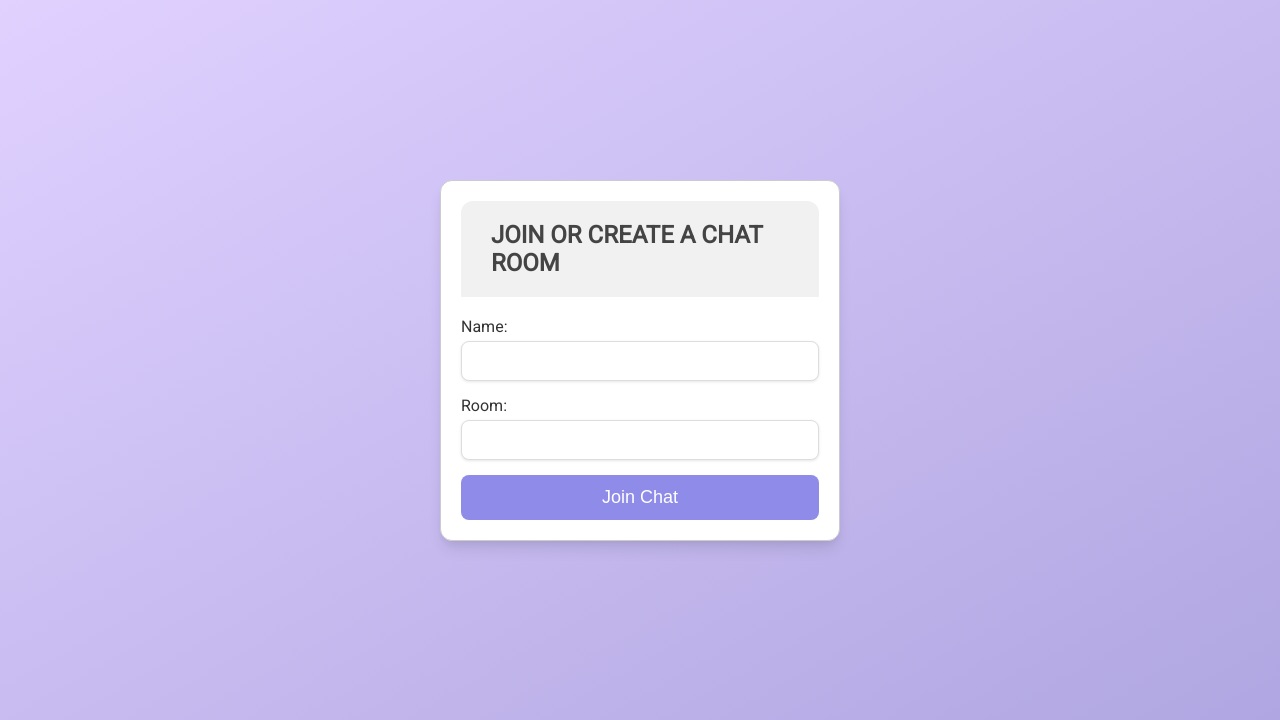
Repository: reminzuetto/ChatRoom
Page: public/join.html
These files come from the project's save history. The page is drawn as it stood at one moment and after the next save; the edit follows.
The browser window is 1280 px wide. The pictures show the whole page.

Above is the page before, as saved 2024-08-21 11:05:53.

### public/join.html
<!DOCTYPE html>
<html lang="en">
  <head>
    <meta charset="UTF-8" />
    <meta name="viewport" content="width=device-width, initial-scale=1.0" />
    <title>Join Chat Room</title>
    <link rel="stylesheet" href="/style.css" />
  </head>
  <body>
    <section class="join__section">
      <div class="brand">
        <h1>Join or Create a Chat Room</h1>
      </div>

      <form id="joinForm">
        <div class="input__group">
          <label for="name">Name:</label>
          <input type="text" id="name" required />
        </div>
        <div class="input__group">
          <label for="room">Room:</label>
          <input type="text" id="room" required />
        </div>
        <button type="submit">Join Chat</button>
      </form>
    </section>

    <script src="/join.js"></script>
  </body>
</html>

### public/style.css
@import url("https://fonts.googleapis.com/css2?family=Roboto&display=swap");
@import url("https://cdn.jsdelivr.net/npm/bootstrap-icons@1.11.3/font/bootstrap-icons.min.css");
* {
  padding: 0;
  margin: 0;
  box-sizing: border-box;
}

body {
  display: flex;
  align-items: center;
  justify-content: center;
  min-height: 100vh;
  /* background: #f8f8f8; */
  font-family: "Roboto", sans-serif;
  background: linear-gradient(to bottom right, #e0d1ff, #b0a6e1);
}
section.chat__section {
  width: 800px;
  max-width: 90%;
  background: #fff;
  border: 1px solid #ccc;
  border-radius: 12px;
  padding: 20px;
  margin: 20px;
  box-shadow: 0 10px 15px -3px rgba(0, 0, 0, 0.1),
    0 4px 6px -2px rgba(0, 0, 0, 0.05);
}
.brand {
  background: #f1f1f1;
  display: flex;
  justify-content: space-between;
}

.brand__left {
  padding: 0 20px;
  background: #f1f1f1;
  display: flex;
  align-items: center;
}

.brand h1 {
  text-transform: uppercase;
  font-size: 20px;
  color: #444;
  margin-left: 10px;
}

/* styles.css */
.brand__right {
  position: relative;
  display: inline-block;
}

.dropdown-button {
  background-color: #f0f0f0;
  padding: 10px 20px;
  border-radius: 5px;
  cursor: pointer;
  border: 1px solid #ccc;
  display: flex;
  align-items: center;
  position: relative;
}

.dropdown-button i {
  margin-left: 8px; /* Khoảng cách giữa văn bản và biểu tượng caret */
}

.dropdown-content {
  display: none; /* Ẩn nội dung dropdown */
  position: absolute;
  background-color: #ffffff;
  min-width: 160px;
  box-shadow: 0px 8px 16px 0px rgba(0, 0, 0, 0.2);
  z-index: 1;
  border-radius: 5px;
  top: 100%;
  left: 0;
}

.dropdown-item {
  padding: 12px 16px;
  cursor: pointer;
}

.dropdown-item:hover {
  background-color: #f1f1f1;
}

.show {
  display: block;
}

.message__area {
  height: 500px;
  padding: 16px;
  display: flex;
  flex-direction: column;
  overflow-y: auto;
  padding-top: 40px;
}

.message {
  padding: 20px;
  border-radius: 8px;
  margin-bottom: 40px;
  max-width: 300px;
  position: relative;
  overflow-wrap: break-word; /* Cho phép chia từ */
  word-wrap: break-word; /* Cho phép chia từ */
  word-break: break-word; /* Cho phép chia từ */
  /* white-space: pre-wrap; Đảm bảo không bị cắt dòng */
}
.incoming {
  background: #8f8be8;
  color: #fff;
}
.outgoing {
  background: #dedee4;
  color: #787986;
  margin-left: auto;
}

.message h4 {
  position: absolute;
  top: -20px;
  left: 0;
  color: #333;
  font-size: 14px;
}

#send-icon {
  display: inline-block;
  margin-left: 10px; /* Khoảng cách giữa textarea và biểu tượng gửi */
}

#send-icon img {
  width: 24px; /* Kích thước của biểu tượng gửi */
  height: 24px;
  cursor: pointer; /* Biểu tượng chuột khi di chuyển qua biểu tượng */
}

.textarea {
  position: relative;
  display: flex;
  align-items: center;
}

.textarea textarea {
  border: none;
  padding: 20px;
  font-size: 16px;
  outline: none;
  background: #fbfbfb;
  flex: 1; /* Take up remaining space */
  padding: 10px;
  font-size: 16px;
  /* border: 1px solid #ccc; */
  border-radius: 5px;
  resize: none;
  width: 100%;
  height: 80px; /* Chiều cao ban đầu */
  max-height: 120px; /* Chiều cao tối đa */
  overflow-y: auto; /* Ẩn thanh trượt dọc */
  scroll-behavior: smooth;
  scroll-snap-type: none;
  background: rgba(190, 185, 185, 0.4);
  box-shadow: 0 10px 15px -3px rgba(0, 0, 0, 0.1),
    0 4px 6px -2px rgba(0, 0, 0, 0.05);
}

.textarea i {
  font-size: 24px;
  margin-left: 10px; /* Adjust as needed */
  color: #666; /* Optional color for the icon */
  cursor: pointer; /* Optional cursor style */
}

.textarea i:hover {
  color: #333; /* Optional color for the icon */
}

@import url("https://fonts.googleapis.com/css2?family=Roboto&display=swap");
@import url("https://cdn.jsdelivr.net/npm/bootstrap-icons@1.11.3/font/bootstrap-icons.min.css");

* {
  padding: 0;
  margin: 0;
  box-sizing: border-box;
}

body {
  display: flex;
  align-items: center;
  justify-content: center;
  min-height: 100vh;
  font-family: "Roboto", sans-serif;
  background: linear-gradient(to bottom right, #e0d1ff, #b0a6e1);
}

section.join__section {
  width: 400px; /* Giảm kích thước của form */
  max-width: 90%;
  background: #fff;
  border: 1px solid #ccc;
  border-radius: 12px;
  padding: 20px;
  box-shadow: 0 10px 15px -3px rgba(0, 0, 0, 0.1),
    0 4px 6px -2px rgba(0, 0, 0, 0.05);
}

.brand {
  padding: 20px;
  background: #f1f1f1;
  display: flex;
  align-items: center;
  border-radius: 12px 12px 0 0; /* Bo góc trên của section */
  margin-bottom: 20px;
}

.brand h1 {
  text-transform: uppercase;
  font-size: 24px; /* Tăng kích thước chữ tiêu đề */
  color: #444;
}

.input__group {
  margin-bottom: 15px;
}

.input__group label {
  display: block;
  font-size: 16px;
  color: #333;
  margin-bottom: 5px;
}

.input__group input {
  width: 100%;
  padding: 10px;
  font-size: 16px;
  border: 1px solid #ddd;
  border-radius: 8px; /* Bo góc của trường nhập liệu */
  box-shadow: 0 1px 3px rgba(0, 0, 0, 0.1);
}

button {
  width: 100%;
  padding: 12px; /* Tăng padding để nút lớn hơn và dễ nhấn hơn */
  font-size: 18px; /* Tăng kích thước chữ để dễ đọc hơn */
  background-color: #8f8be8; /* Màu nền chính của nút */
  color: #fff; /* Màu chữ của nút */
  border: none;
  border-radius: 8px; /* Bo góc của nút bấm */
  cursor: pointer;
  transition: background-color 0.3s, transform 0.2s; /* Thay đổi màu nền và hiệu ứng nhấn */
}

button:hover {
  background-color: #7e7adf; /* Màu nền khi di chuột qua */
  transform: scale(1.05); /* Phóng to nút một chút khi hover */
}

button:focus {
  outline: none;
  box-shadow: 0 0 0 2px rgba(0, 0, 0, 0.2); /* Hiệu ứng viền khi nút được chọn */
}

button:active {
  transform: scale(0.98); /* Thu nhỏ nút khi nhấn */
}

.username-display {
  left: 20px; /* Đẩy phần tử cách bên trái 20px */
  top: 50%;
  display: flex;
  align-items: center;
  font-size: 18px;
  color: #333;
  background-color: rgba(255, 255, 255, 0.8);
  padding: 5px 10px;
  border-radius: 5px;
  box-shadow: 0 2px 5px rgba(0, 0, 0, 0.2);
}

### public/join.js
document.getElementById("joinForm").addEventListener("submit", function (e) {
  e.preventDefault();

  const name = document.getElementById("name").value;
  const room = document.getElementById("room").value;

  // Lưu thông tin vào localStorage để sử dụng ở trang chat chính
  localStorage.setItem("name", name);
  localStorage.setItem("room", room);

  // Chuyển hướng đến trang chat chính
  window.location.href = "/index.html";
});

After the next save:
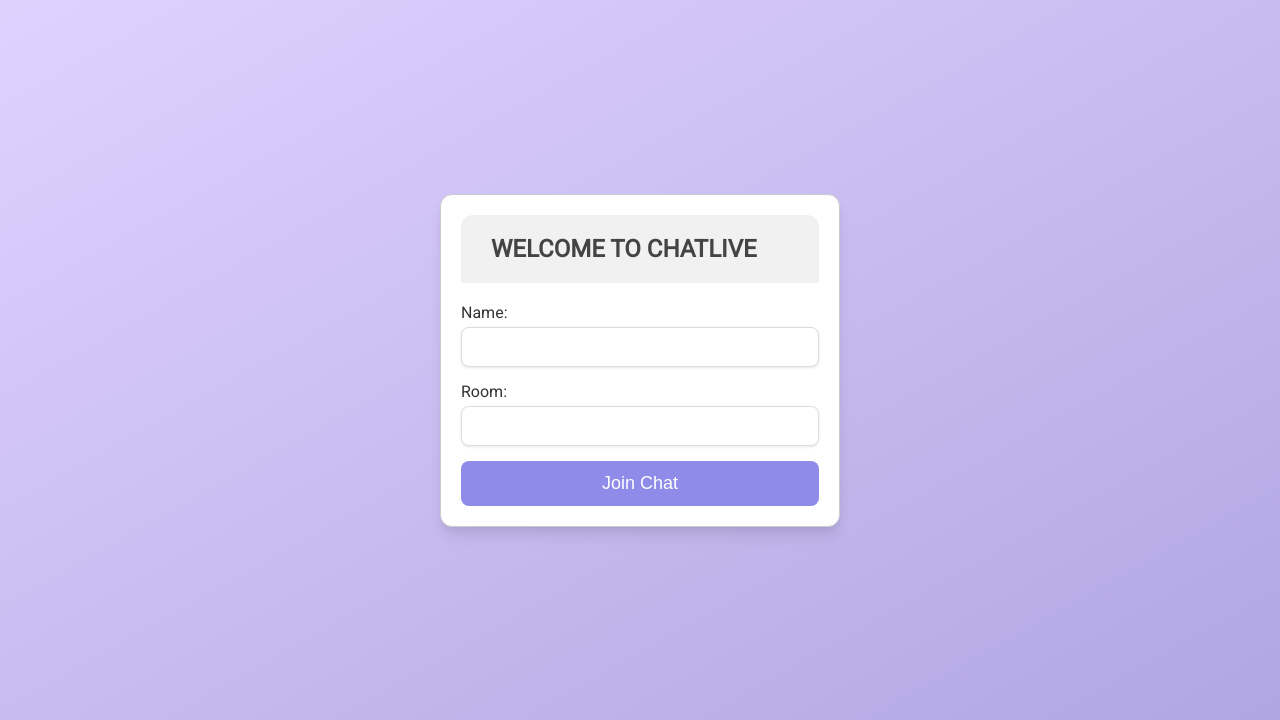
Saved 45 s later.
--- a/public/join.html
+++ b/public/join.html
@@ -9,7 +9,7 @@
   <body>
     <section class="join__section">
       <div class="brand">
-        <h1>Join or Create a Chat Room</h1>
+        <h1>Welcome To ChatLive</h1>
       </div>
 
       <form id="joinForm">
